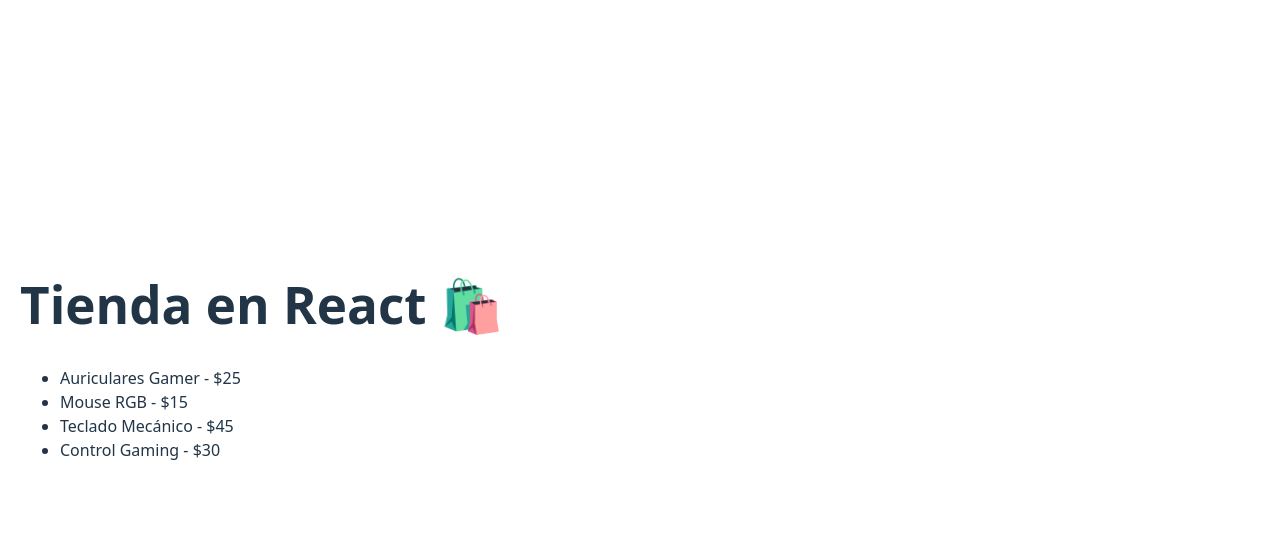
Repository: VictorDS64/PP-STDPROJECTS
Page: / (app in .Mi segunda pagina con react/mi-app-react/)
The author's editor kept a copy of each file at every save. The page is drawn from the files as they stood at one save, then again after a run of saves.
The browser window is 1280 px wide. The pictures show the whole page.
The project was rebuilt for these pictures with package versions that can differ from the ones it lists, and the page was loaded fresh each time. Also part of the build but not shown: .Mi segunda pagina con react/mi-app-react/vite.config.js.

Above is the page before, as saved 2026-01-08 18:36:07.

### .Mi segunda pagina con react/mi-app-react/index.html
<!doctype html>
<html lang="en">
  <head>
    <meta charset="UTF-8" />
    <link rel="icon" type="image/svg+xml" href="/vite.svg" />
    <meta name="viewport" content="width=device-width, initial-scale=1.0" />
    <title>mi-app-react</title>
  </head>
  <body>
    <div id="root"></div>
    <script type="module" src="/src/main.jsx"></script>
  </body>
</html>

### .Mi segunda pagina con react/mi-app-react/src/App.jsx
const products = [
  { id: 1, name: "Auriculares Gamer", price: 25 },
  { id: 2, name: "Mouse RGB", price: 15 },
  { id: 3, name: "Teclado Mecánico", price: 45 },
  { id: 4, name: "Control Gaming", price: 30 },
];

export default function App() {
  return (
    <div style={{ padding: "20px" }}>
      <h1>Tienda en React 🛍️</h1>

      <ul>
        {products.map((product) => (
          <li key={product.id}>
            {product.name} - ${product.price}
          </li>
        ))}
      </ul>
    </div>
  );
}

Loaded but not shown: .Mi segunda pagina con react/mi-app-react/src/main.jsx (common file); .Mi segunda pagina con react/mi-app-react/src/index.css (common file)

After the next 2 saves:
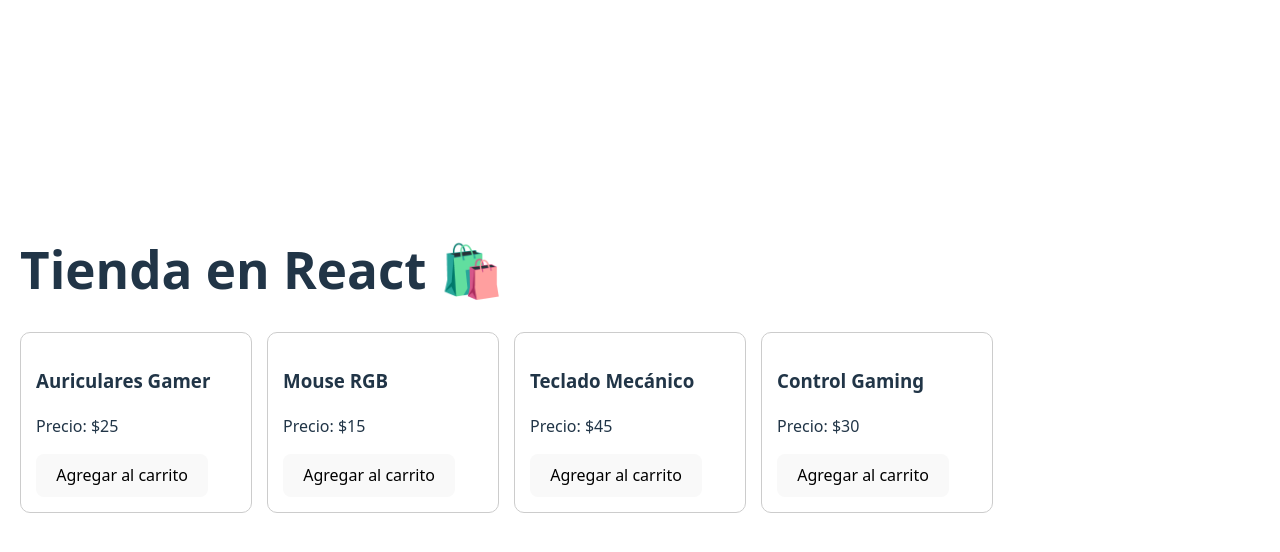
The 2 saves are shown as one change because they came seconds apart.
The last was saved 2 min 17 s later.
--- a/.Mi segunda pagina con react/mi-app-react/src/App.jsx
+++ b/.Mi segunda pagina con react/mi-app-react/src/App.jsx
@@ -5,18 +5,35 @@ const products = [
   { id: 4, name: "Control Gaming", price: 30 },
 ];
 
+// 1️⃣ Componente para cada producto
+function ProductCard({ product }) {
+  return (
+    <div
+      style={{
+        border: "1px solid #ccc",
+        padding: "15px",
+        borderRadius: "10px",
+        width: "200px",
+      }}
+    >
+      <h3>{product.name}</h3>
+      <p>Precio: ${product.price}</p>
+      <button>Agregar al carrito</button>
+    </div>
+  );
+}
+
+// 2️⃣ Componente principal
 export default function App() {
   return (
     <div style={{ padding: "20px" }}>
       <h1>Tienda en React 🛍️</h1>
 
-      <ul>
+      <div style={{ display: "flex", gap: "15px", flexWrap: "wrap" }}>
         {products.map((product) => (
-          <li key={product.id}>
-            {product.name} - ${product.price}
-          </li>
+          <ProductCard key={product.id} product={product} />
         ))}
-      </ul>
+      </div>
     </div>
   );
 }
